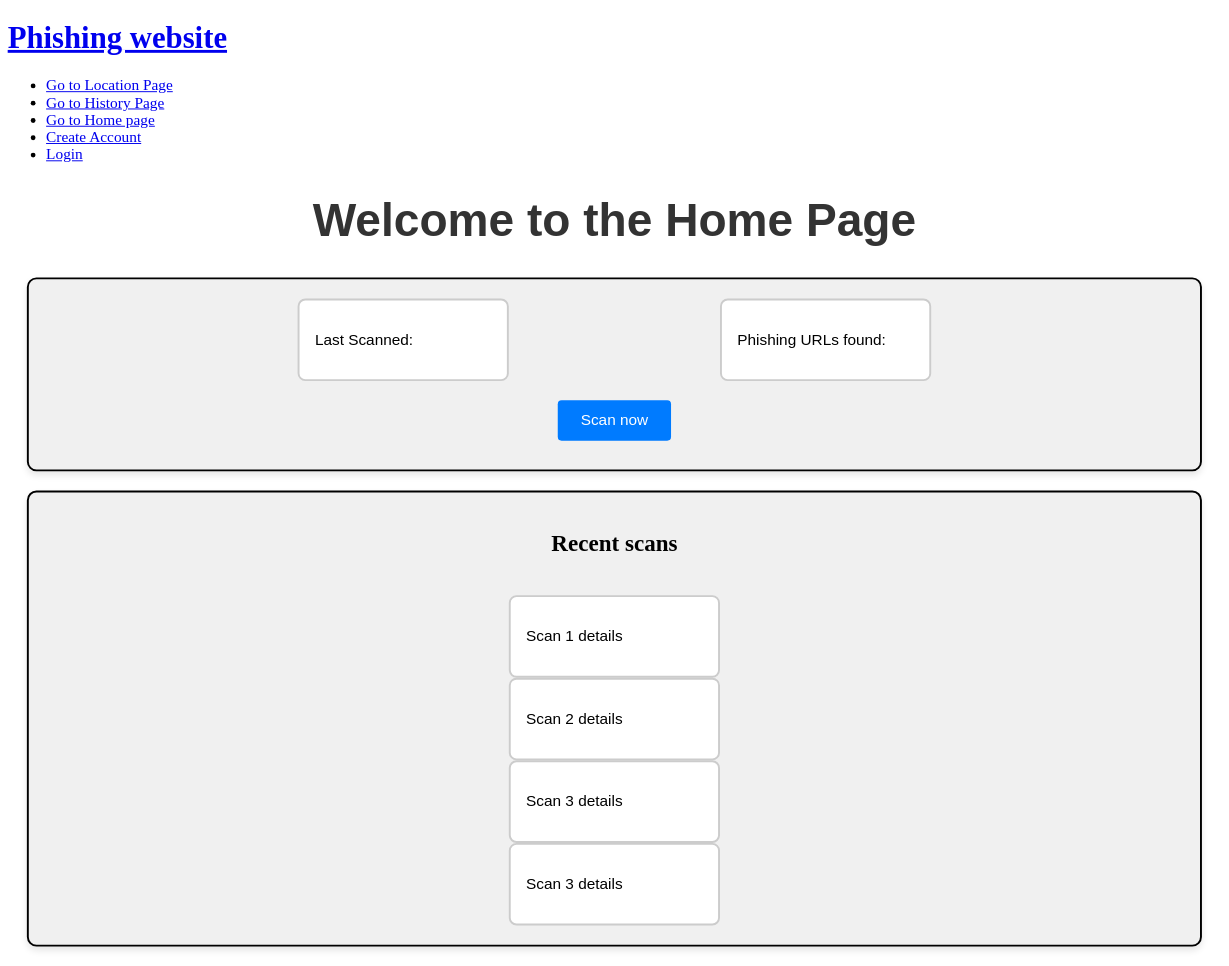
Repository: 2305199/Final-year-project
Page: / (app in frontend/)
The author's editor kept a copy of each file at every save. The page is drawn from the files as they stood at one save, then again after the next save.
The browser window is 1280 px wide. The pictures show the whole page, at 96% of full size.
The project was rebuilt for these pictures with package versions that can differ from the ones it lists, and the page was loaded fresh each time. Also part of the build but not shown: frontend/vite.config.js, frontend/src/Location/Location.jsx, frontend/src/History/History.jsx, frontend/src/User/CreateAccount.jsx, frontend/src/User/Login.jsx.

Above is the page before, as saved 2026-01-29 01:28:30.

After the next save:
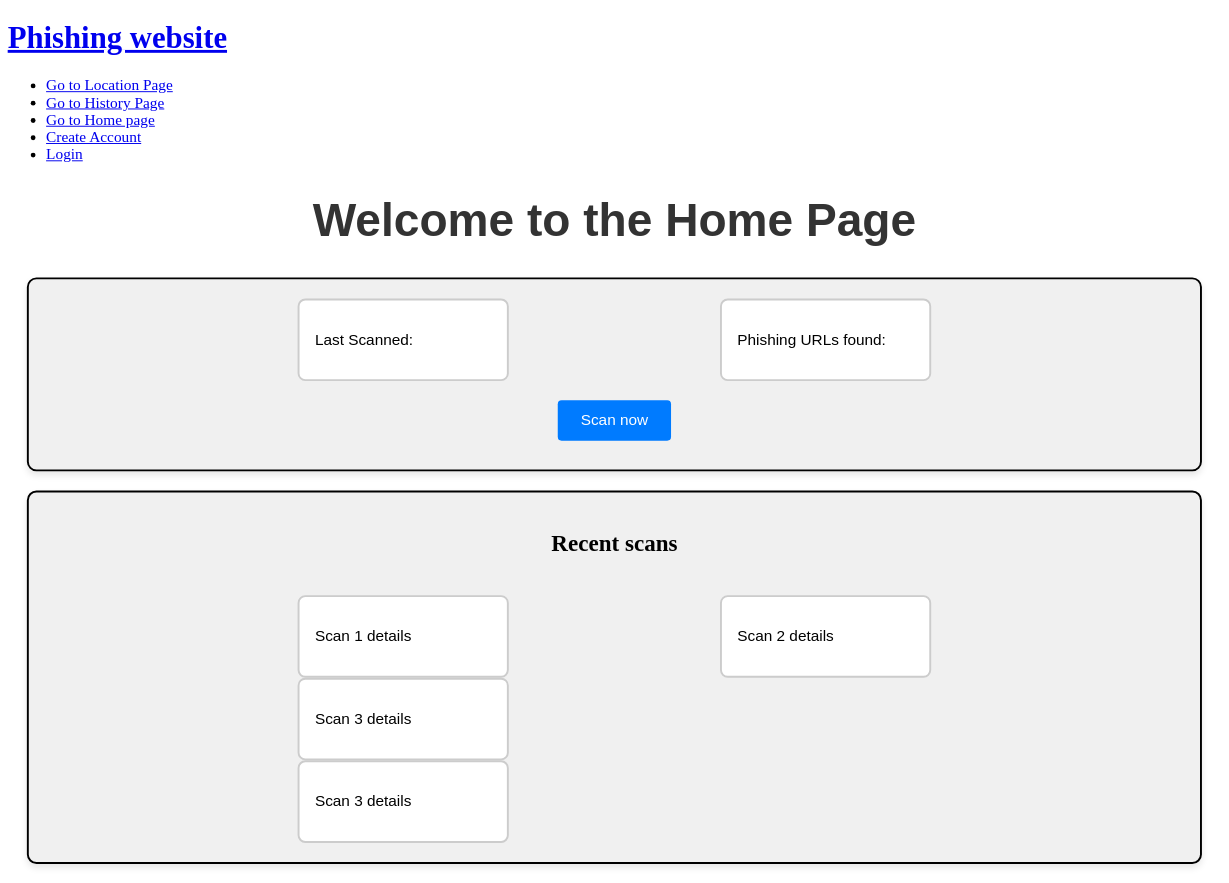
Saved 36 s later.
--- a/frontend/src/Home/Home.jsx
+++ b/frontend/src/Home/Home.jsx
@@ -23,8 +23,10 @@ function Home() {
     <div className={styles.Box}>
         <h2>Recent scans</h2>
         <div className={styles.recentScans}>
+            <div className={styles.topRow}>
             <div className={styles.Lscanned}><p>Scan 1 details</p></div>
             <div className={styles.Lscanned}><p>Scan 2 details</p></div>
+            </div>
             <div className={styles.Lscanned}><p>Scan 3 details</p></div>
              <div className={styles.Lscanned}><p>Scan 3 details</p></div>
         </div>
